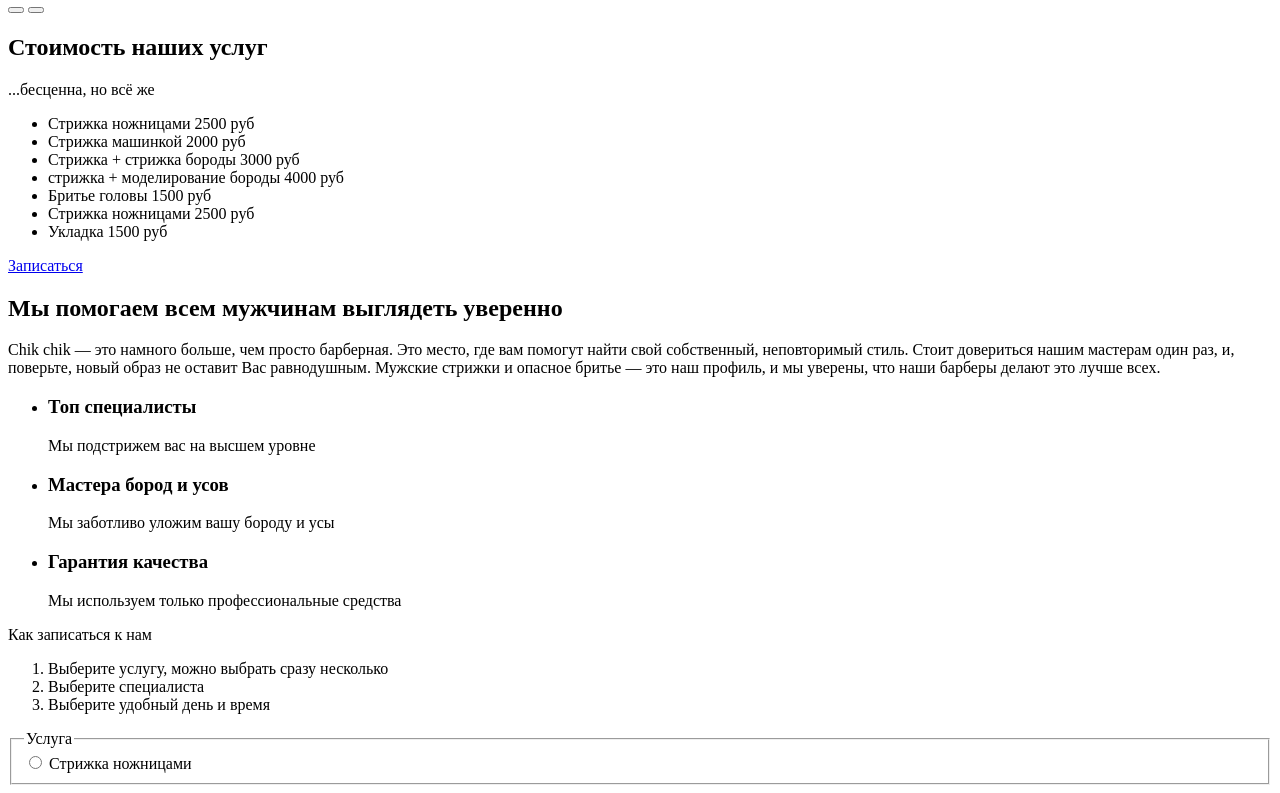
Repository: alexboagreek/chick-chick
Page: index.html
These files come from the project's save history. The page is drawn as it stood at one moment and after the next save; the edit follows.
The browser window is 1280 px wide. The pictures show the part of the page from y = 3047 to 3840 px (the page is 3840 px tall).
A picture or video elsewhere on the page could not be fetched, so the positions and the page height are approximate.

Above is the page before, as saved 2023-01-17 15:23:40.

After the next save:
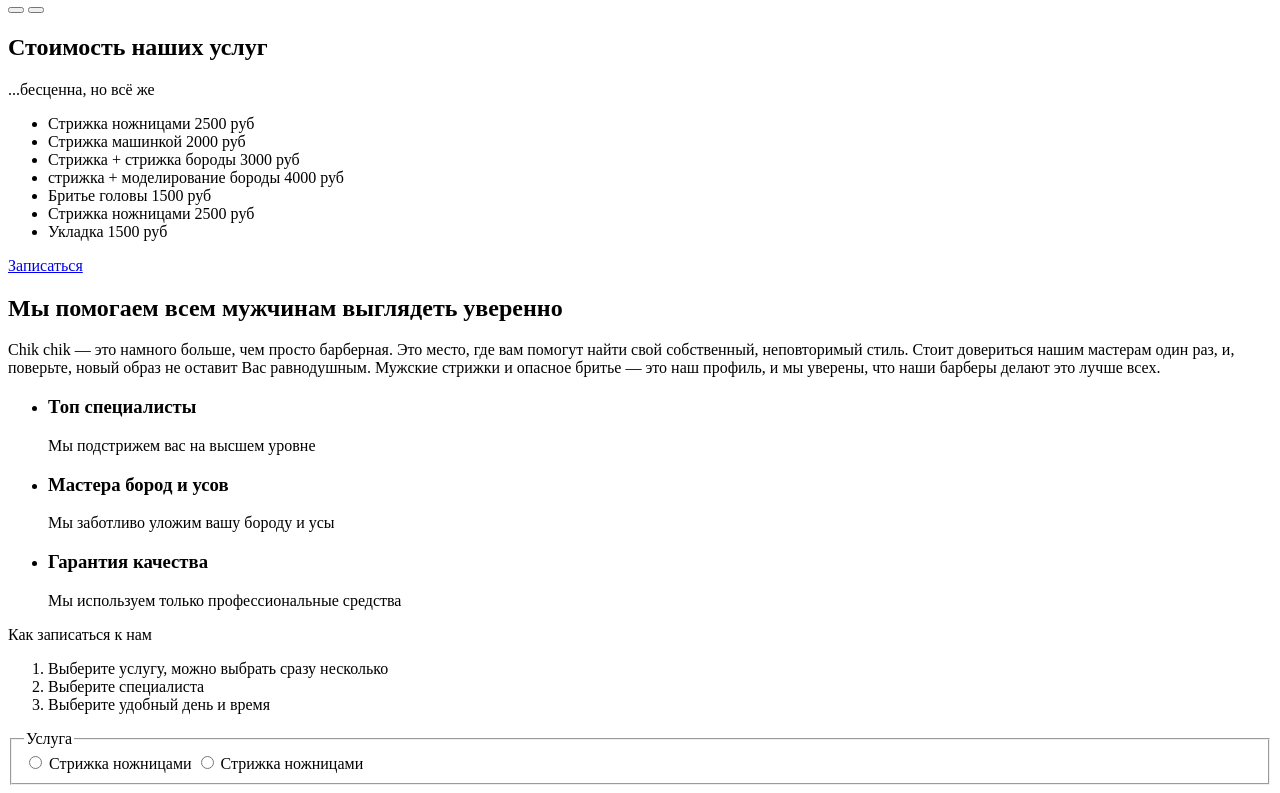
Saved 39 s later.
--- a/index.html
+++ b/index.html
@@ -156,6 +156,10 @@
                             <input class="radio__input" type="radio" name="service">
                             <span>Стрижка ножницами</span>
                         </label>
+                        <label class="radio">
+                            <input class="radio__input" type="radio" name="service">
+                            <span>Стрижка ножницами</span>
+                        </label>
                     </fieldset>
                 </div>
             </form>
